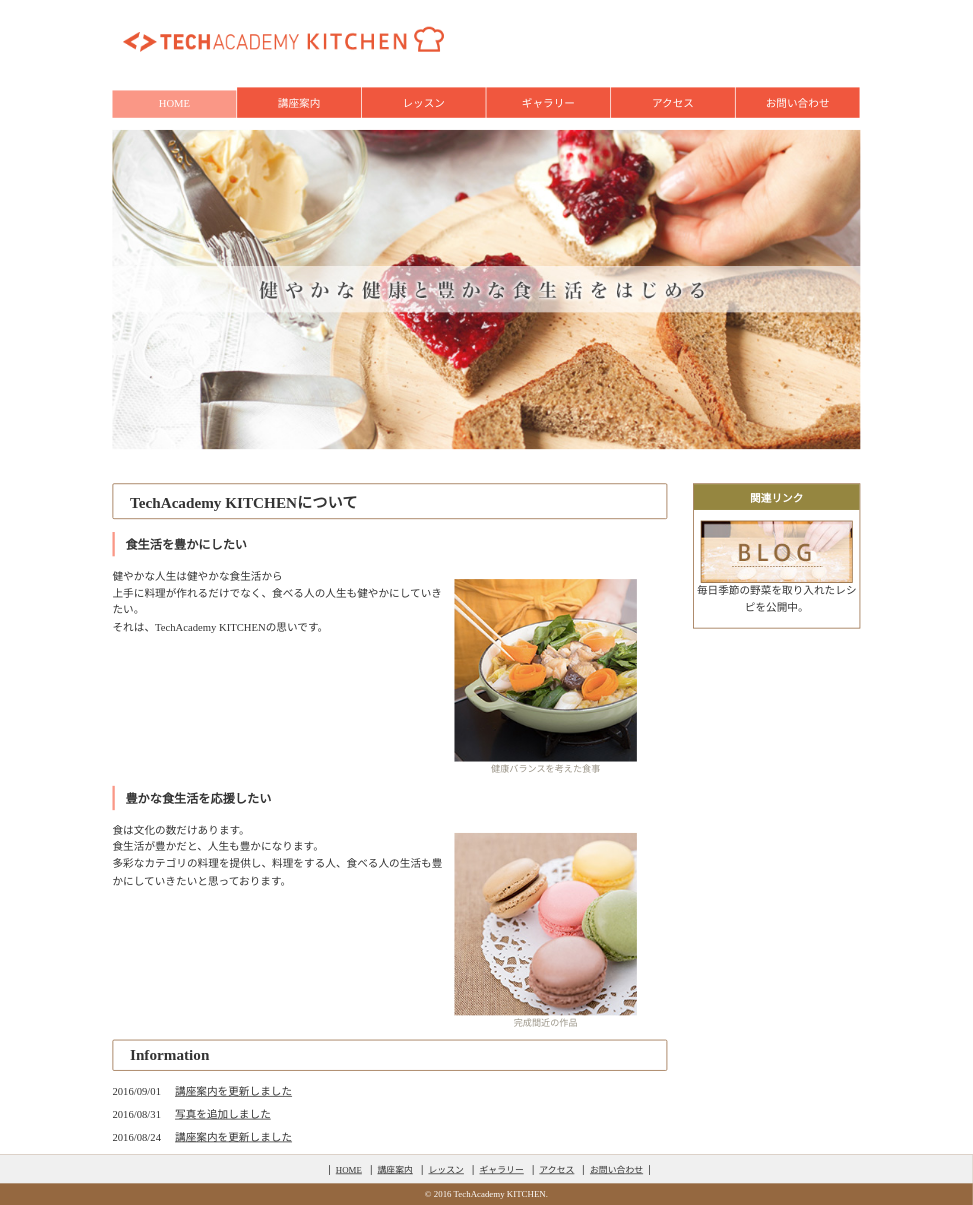
Repository: m1j1nk0/microposts2
Page: lesson-htmlcss/kitchen.html
The author's editor kept a record of every edit. The page is drawn from the files as they stood at one moment, then again after the next edit.
The browser window is 1280 px wide. The pictures show the whole page, at 76% of full size.

Above is the page before.

After the next edit:
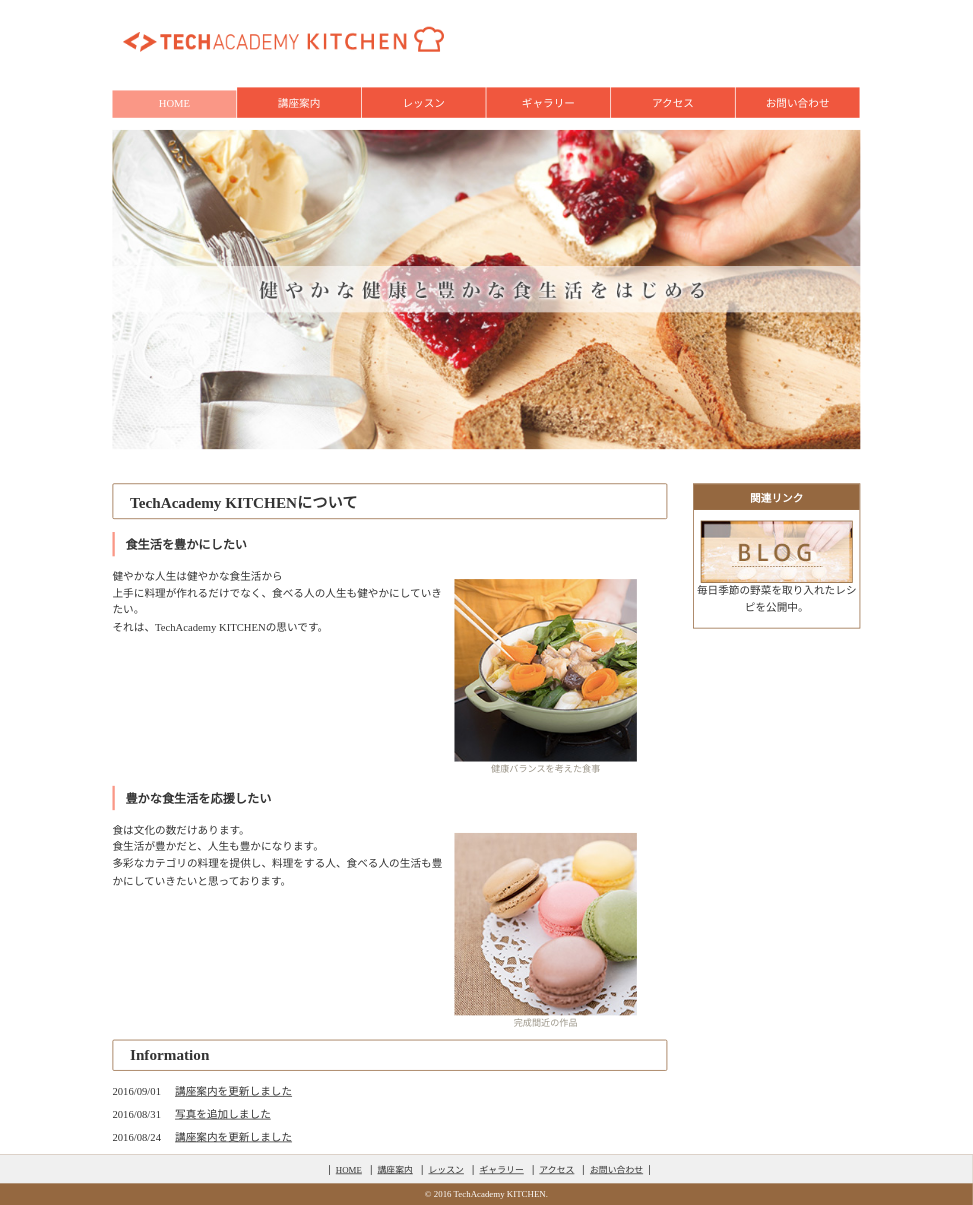
The edit:
--- a/lesson-htmlcss/kitchen.css
+++ b/lesson-htmlcss/kitchen.css
@@ -175,7 +175,7 @@
 }
 
 #side_banner h2{
-    background-color: #958640;
+    background-color: #956840;
     color:#fff;
     padding: 7px;
     font-size:14px;
